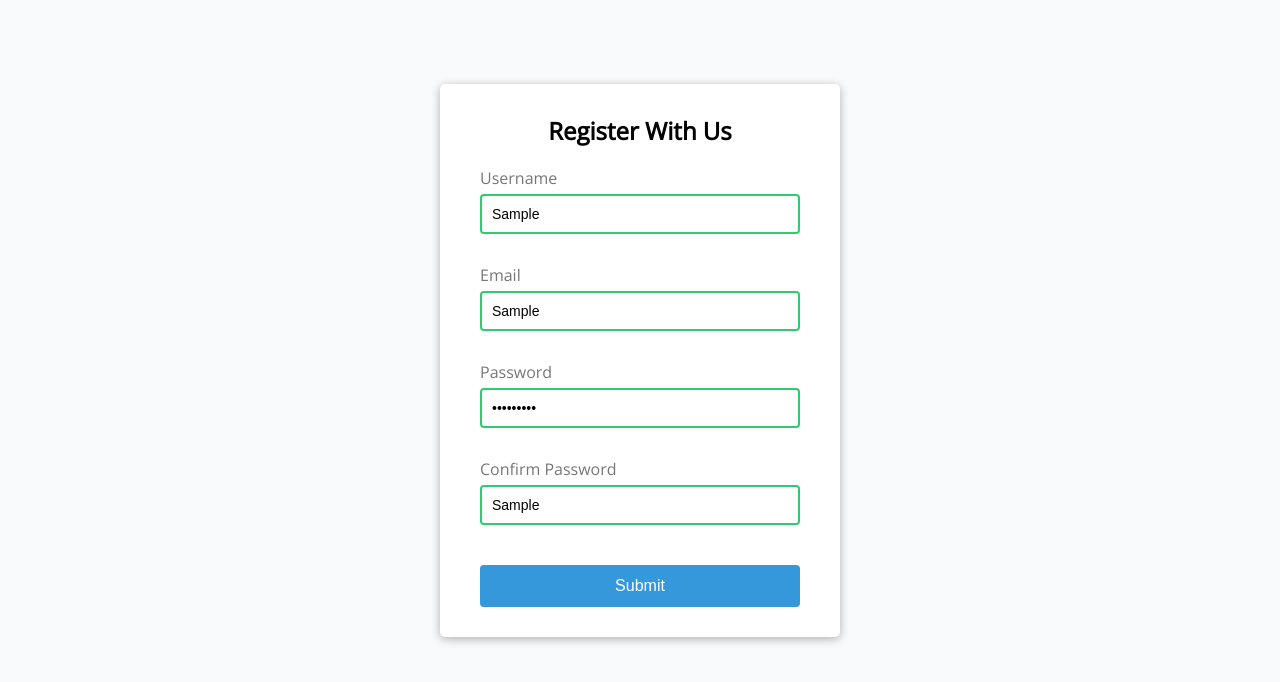
Repository: Youvelop/formValidator
Page: index.html
An editor plug-in stored every save of this project. The page is shown before and after the next save, followed by the edit.
The browser window is 1280 px wide. The pictures show the whole page.
Empty fields were first filled with sample values (such as "Sample", 5 or name@example.com).
After loading, the first visible `#form` was submitted once.

Above is the page before, as saved 2020-06-25 19:21:08.

After the next save:
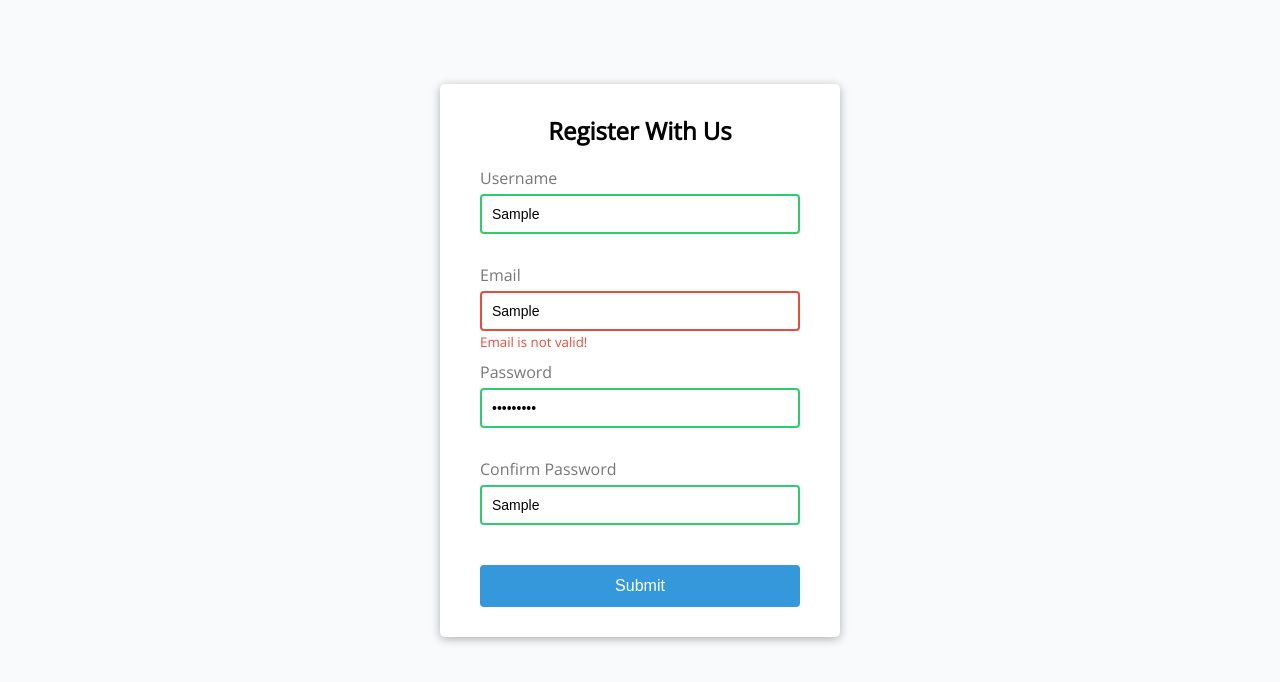
Saved 2 min 23 s later.
--- a/app.js
+++ b/app.js
@@ -38,6 +38,8 @@ form.addEventListener('submit', function (e) {
 
   if (email.value === '') {
     showError(email, 'Username is required');
+  } else if (!isValidEmail(email.value)) {
+    showError(email, 'Email is not valid!');
   } else {
     showSuccess(email);
   }
